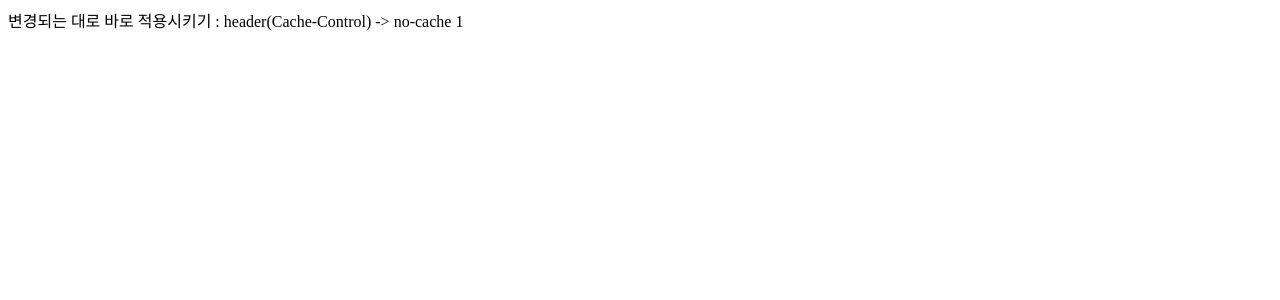
Repository: xo461/test
Page: http://localhost/ch03jsp/response.jsp
These files come from the project's save history. The page is drawn as it stood at one moment and after the next save; the edit follows.
The browser window is 1280 px wide. The pictures show the whole page.
The page is served by Tomcat 9.

Above is the page before, as saved 2019-11-14 01:21:57.

### jsp/ch03jsp/WebContent/response.jsp
<%@ page language="java" contentType="text/html; charset=UTF-8"
    pageEncoding="UTF-8"%>
<%response.setHeader("Cashe-Control","no-cache"); %>
<!DOCTYPE html>
<html>
<head>
<meta charset="UTF-8">
<title>response 객체</title>
</head>
<body>
변경되는 대로 바로 적용시키기 : header(Cache-Control) -> no-cache 1<br/>
</body>
</html>

After the next save:
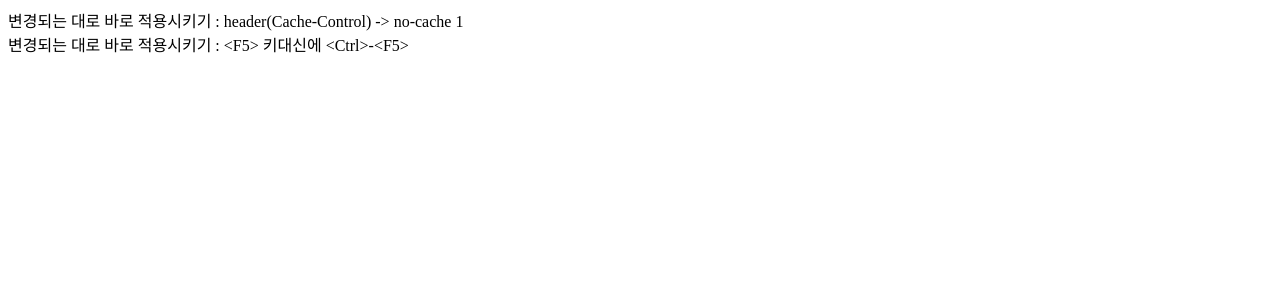
Saved 74 s later.
--- a/jsp/ch03jsp/WebContent/response.jsp
+++ b/jsp/ch03jsp/WebContent/response.jsp
@@ -9,5 +9,6 @@
 </head>
 <body>
 변경되는 대로 바로 적용시키기 : header(Cache-Control) -> no-cache 1<br/>
+변경되는 대로 바로 적용시키기 : &lt;F5&gt; 키대신에 &lt;Ctrl&gt;-&lt;F5&gt; <br/>
 </body>
 </html>
